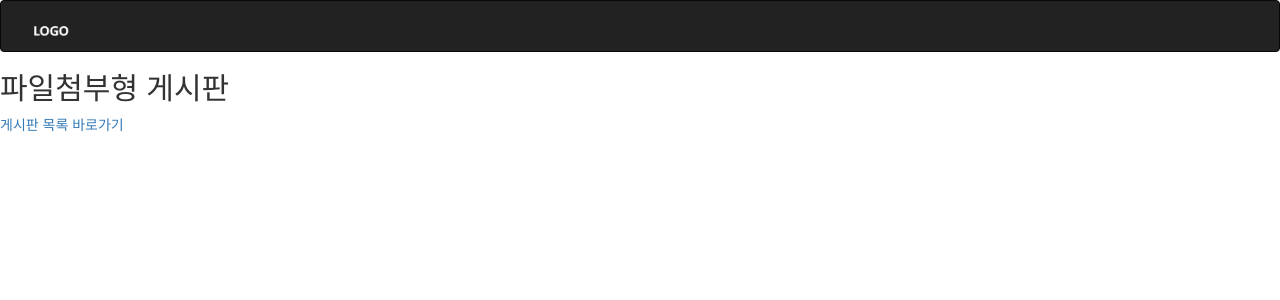
Repository: bhj305/JSP_Bulletin_Board
Page: http://localhost/BulletinBoard/14MVCBoard/Default.jsp
An editor plug-in stored every save of this project. The page is shown before and after the next save, followed by the edit.
The browser window is 1280 px wide. The pictures show the whole page.
The page is served by Tomcat 10. Other server files are loaded and not shown.

Above is the page before, as saved 2025-05-17 03:37:00.

### BulletinBoard/src/main/webapp/14MVCBoard/Default.jsp
<%@ page language="java" contentType="text/html; charset=UTF-8"
    pageEncoding="UTF-8"%>
<!DOCTYPE html>
<html>
	<head>
		<meta charset="UTF-8">
		<title>메인페이</title>
	</head>
	<body>
		<jsp:include page="../Common/Link.jsp"></jsp:include>
		<h2>파일첨부형 게시판</h2>
		<a href="../mvcboard/list.do">게시판 목록 바로가기</a>
	</body>
</html>

### BulletinBoard/src/main/webapp/Common/Link.jsp
<%@ page language="java" contentType="text/html; charset=UTF-8"
    pageEncoding="UTF-8"%>
<!DOCTYPE html>
<html>
	<head>
		<meta charset="UTF-8">
		<title>메인페이지</title>
	<!-- bootstrap  -->
	<link rel="stylesheet" href="https://maxcdn.bootstrapcdn.com/bootstrap/3.4.1/css/bootstrap.min.css">
	      <script src="https://ajax.googleapis.com/ajax/libs/jquery/3.7.1/jquery.min.js"></script>
	      <script src="https://maxcdn.bootstrapcdn.com/bootstrap/3.4.1/js/bootstrap.min.js"></script>
	      <link rel="stylesheet" href="https://cdnjs.cloudflare.com/ajax/libs/font-awesome/4.7.0/css/font-awesome.min.css">
	</head>
	<body>
		<nav class="navbar navbar-inverse">
            <div class="navbar-header">
                <a class="navbar-brand" href="#">
                  <img src="../images/logo.png" alt="" style="height: 30px;">
                </a>
            </div>
        </nav>
	</body>
</html>

After the next save:
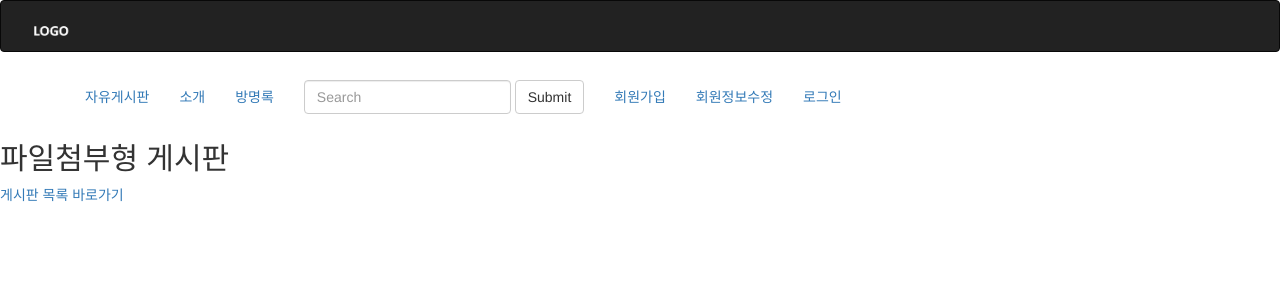
Saved 33 s later.
--- a/BulletinBoard/src/main/webapp/Common/Link.jsp
+++ b/BulletinBoard/src/main/webapp/Common/Link.jsp
@@ -19,5 +19,50 @@
                 </a>
             </div>
         </nav>
+        <div class="container">
+            <div class="btn-group">
+                <ul class="nav navbar-nav">
+                    <li><a href="List.jsp">자유게시판</a></li>
+
+                    <li class="nav-item dropdown">
+				        <a class="nav-link dropdown-toggle" href="#" id="navbarDropdownMenuLink" data-toggle="dropdown" aria-haspopup="true" aria-expanded="false">
+				          소개
+				        </a>
+			        <div class="dropdown-menu" aria-labelledby="navbarDropdownMenuLink">
+			          <a class="dropdown-item" href="#">인사말</a><br/>
+			          <a class="dropdown-item" href="#">강사소개</a><br/>
+			          <a class="dropdown-item" href="#">찾아오시는길</a><br/>
+			        </div>
+                    </li>
+
+                    <li><a href="#">방명록</a></li>
+
+                    <form class="navbar-form navbar-left" action="#">
+                        <div class="form-group">
+                          <input type="text" class="form-control" placeholder="Search" name="search">
+                        </div>
+                        <button type="submit" class="btn btn-default">Submit</button>
+                    </form>
+                    <li >
+                    <% if(session.getAttribute("UserId") == null) {%>
+                    	<a href="../00Board/SignUp.jsp">회원가입</a>
+                    	<% } %>
+                    </li>
+                    <li><a href="#">
+                        회원정보수정</a></li>
+                    <li>
+                    <% if (session.getAttribute("UserId") == null) { %>
+			            <a href="../00Board/LoginForm.jsp">로그인</a>
+			        <% } else { %>
+			            <a href="../00Board/Logout.jsp">로그아웃</a>
+			            <li>
+			            <a href="../00Board/MyPage.jsp">마이페이지</a>
+			            </li>
+			        <% } %>
+                     </li>
+                </ul>
+            </div>
+        </div>
+
 	</body>
 </html>
